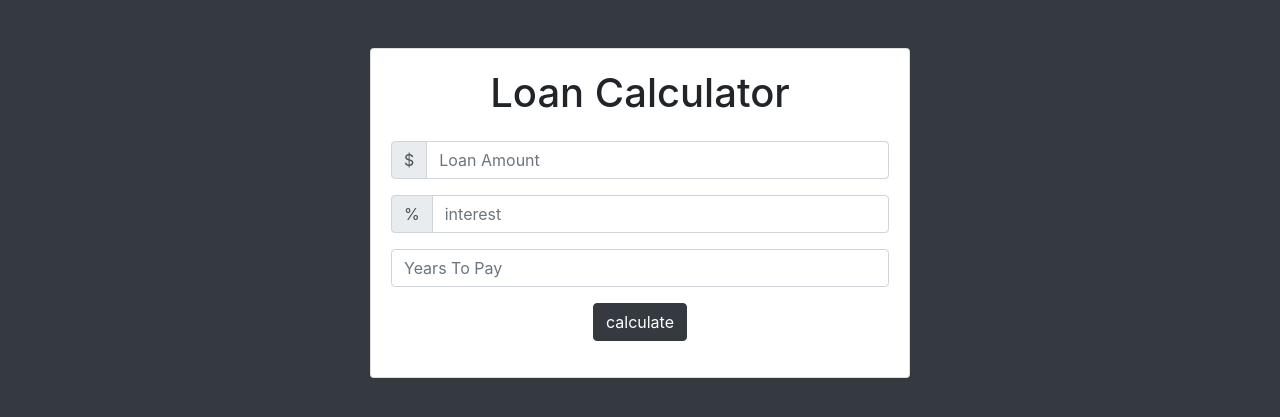
Repository: varun-project/LearningJs
Page: index.html
These files come from the project's save history. The page is drawn as it stood at one moment and after a run of saves; the edit follows.
The browser window is 1280 px wide. The pictures show the whole page.

Above is the page before, as saved 2019-07-28 17:15:33.

After the next 2 saves:
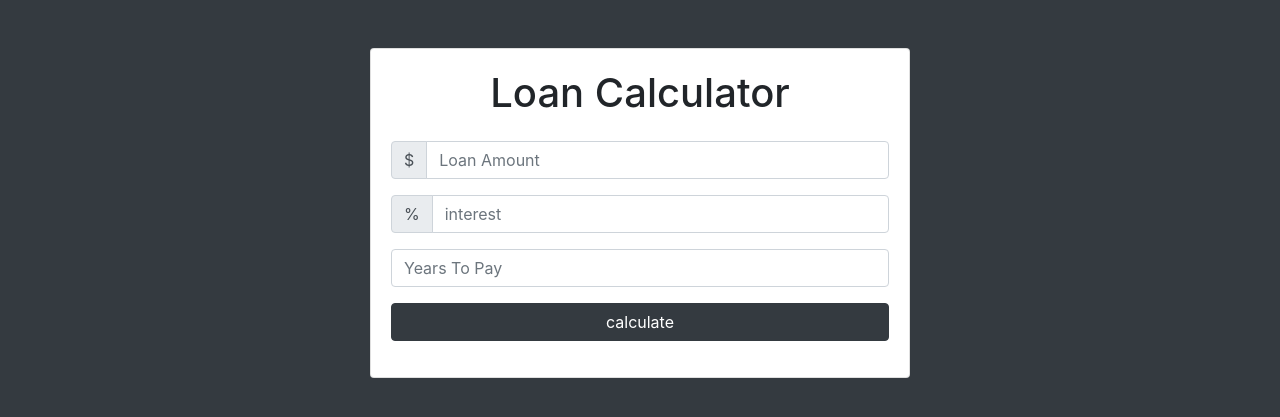
The 2 saves are shown as one change because they came seconds apart.
The last was saved 10 s later.
--- a/index.html
+++ b/index.html
@@ -60,7 +60,7 @@
                 />
               </div>
               <div class="form-group">
-                <input type="submit" value="calculate" class="btn btn-dark ">
+                <input type="submit" value="calculate" class="btn btn-dark btn-block ">
               </div>
 
             </form>
